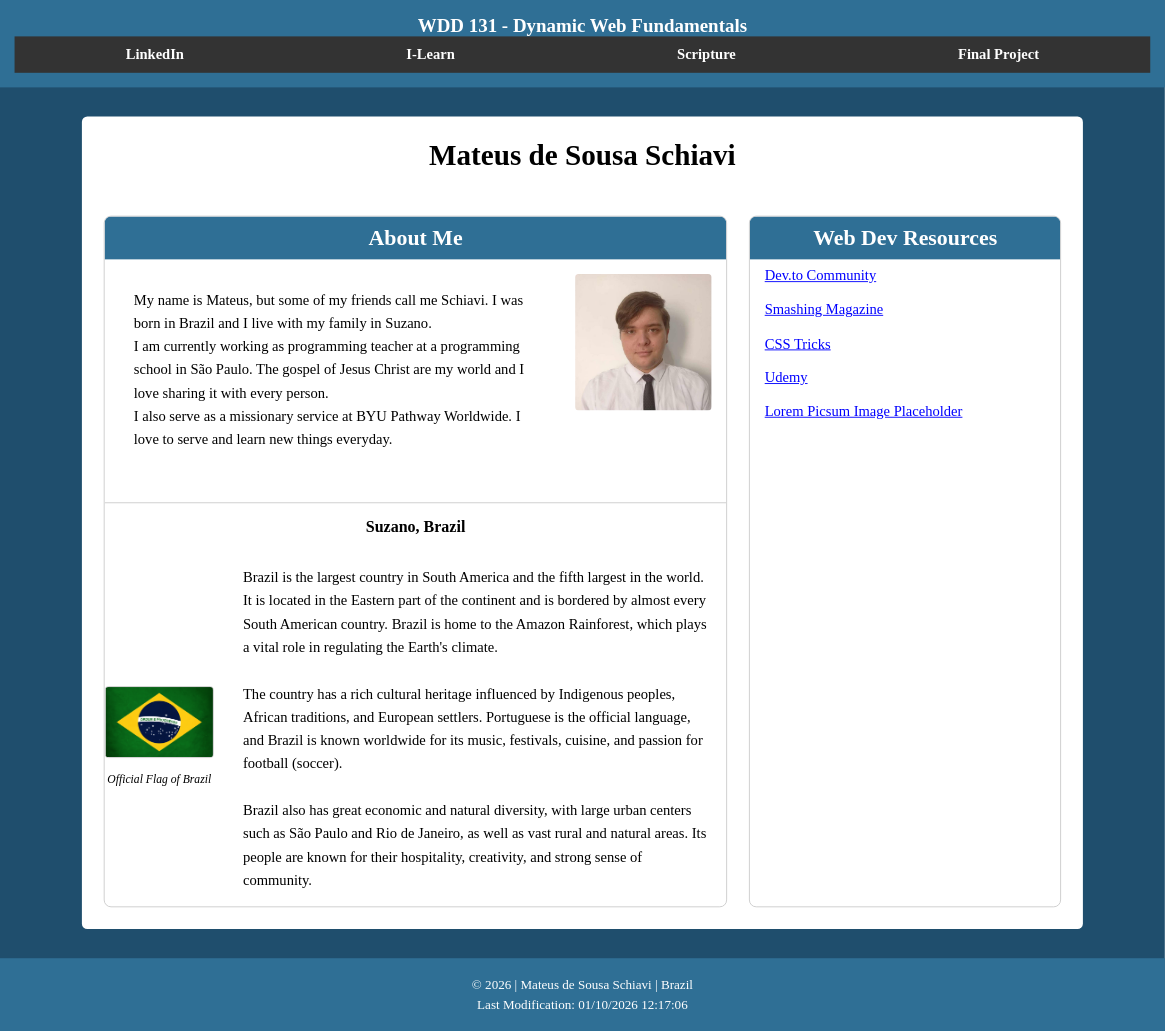
Repository: mateus-schiavi/wdd131
Page: index.html
An editor plug-in stored every save of this project. The page is shown before and after the next save, followed by the edit.
The browser window is 1280 px wide. The pictures show the whole page, at 91% of full size.
Some web fonts or font styles are not loaded; a fallback is used.

Above is the page before, as saved 2026-01-10 17:20:33.

After the next save:
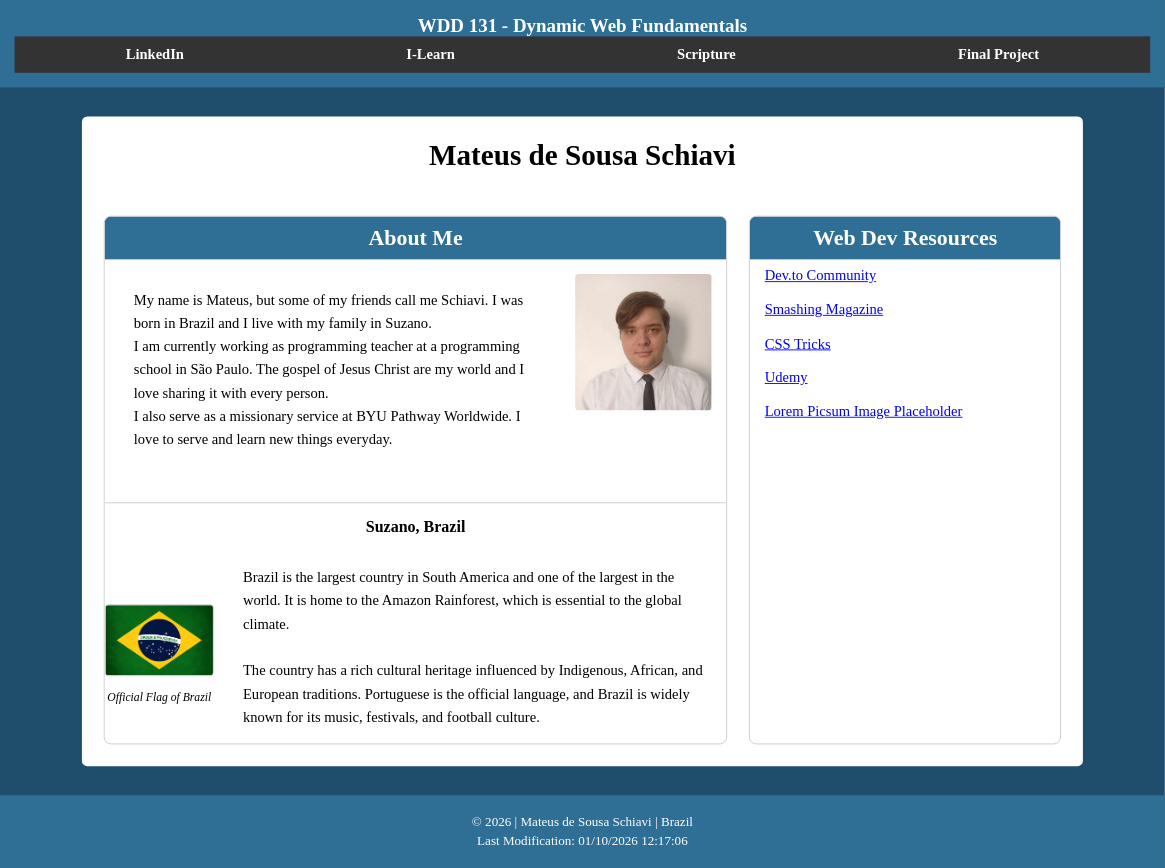
Saved 54 s later.
--- a/index.html
+++ b/index.html
@@ -51,18 +51,12 @@
                         <figcaption>Official Flag of Brazil</figcaption>
                     </figure>
                     <p>
-                        Brazil is the largest country in South America and the fifth largest in the world.
-                        It is located in the Eastern part of the continent and is bordered by almost every
-                        South American country. Brazil is home to the Amazon Rainforest, which plays a vital
-                        role in regulating the Earth's climate.
+                        Brazil is the largest country in South America and one of the largest in the world.
+                        It is home to the Amazon Rainforest, which is essential to the global climate.
                         <br><br>
-                        The country has a rich cultural heritage influenced by Indigenous peoples, African
-                        traditions, and European settlers. Portuguese is the official language, and Brazil is
-                        known worldwide for its music, festivals, cuisine, and passion for football (soccer).
-                        <br><br>
-                        Brazil also has great economic and natural diversity, with large urban centers such as
-                        São Paulo and Rio de Janeiro, as well as vast rural and natural areas. Its people are
-                        known for their hospitality, creativity, and strong sense of community.
+                        The country has a rich cultural heritage influenced by Indigenous, African, and
+                        European traditions. Portuguese is the official language, and Brazil is widely
+                        known for its music, festivals, and football culture.
                     </p>
                 </div>
             </div>
